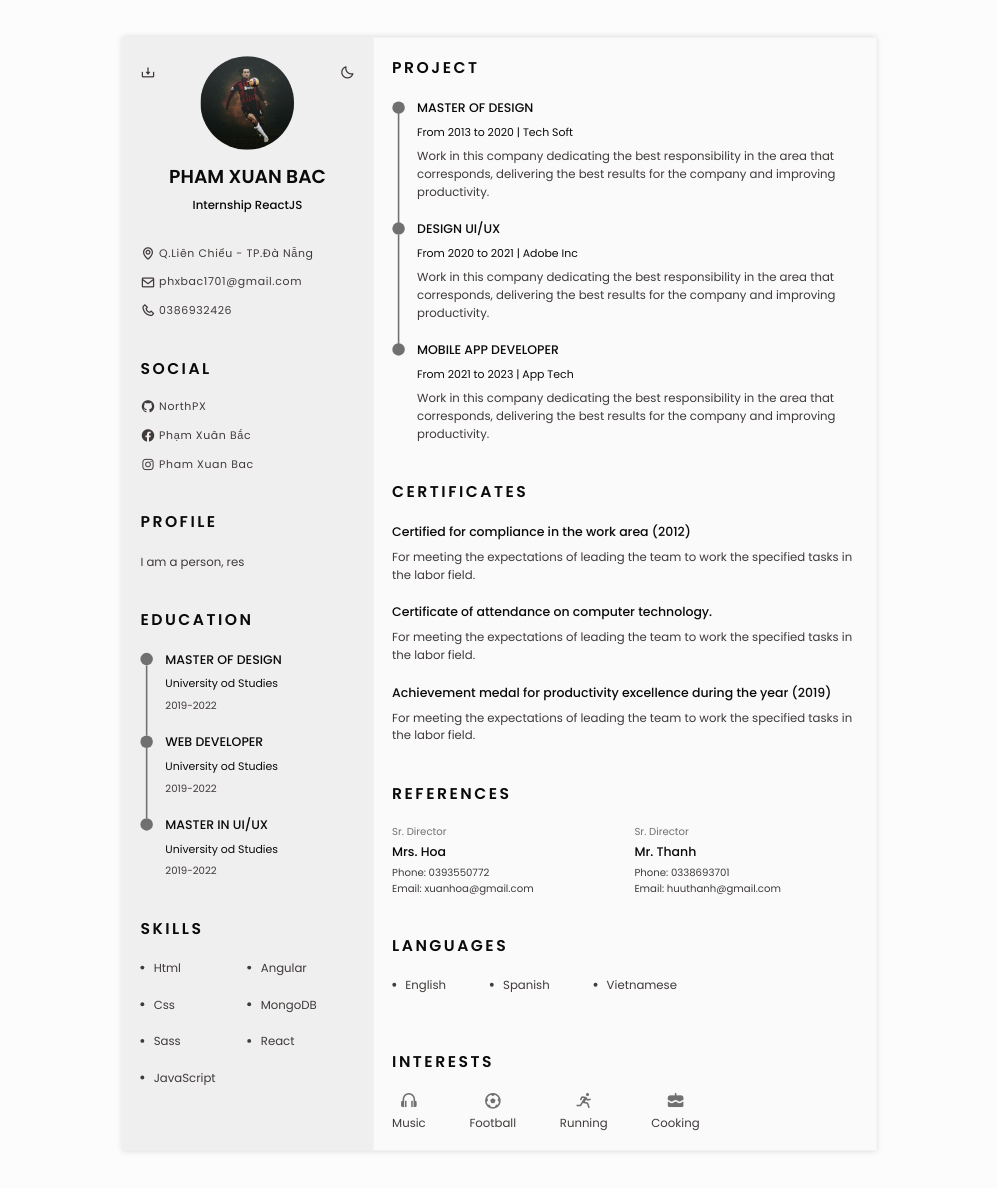
Repository: northpx/myCV
Page: index.html
These files come from the project's save history. The page is drawn as it stood at one moment and after a run of saves; the edit follows.
The browser window is 1280 px wide. The pictures show the whole page, at 78% of full size.

Above is the page before, as saved 2023-02-23 16:25:12.

After the next 2 saves:
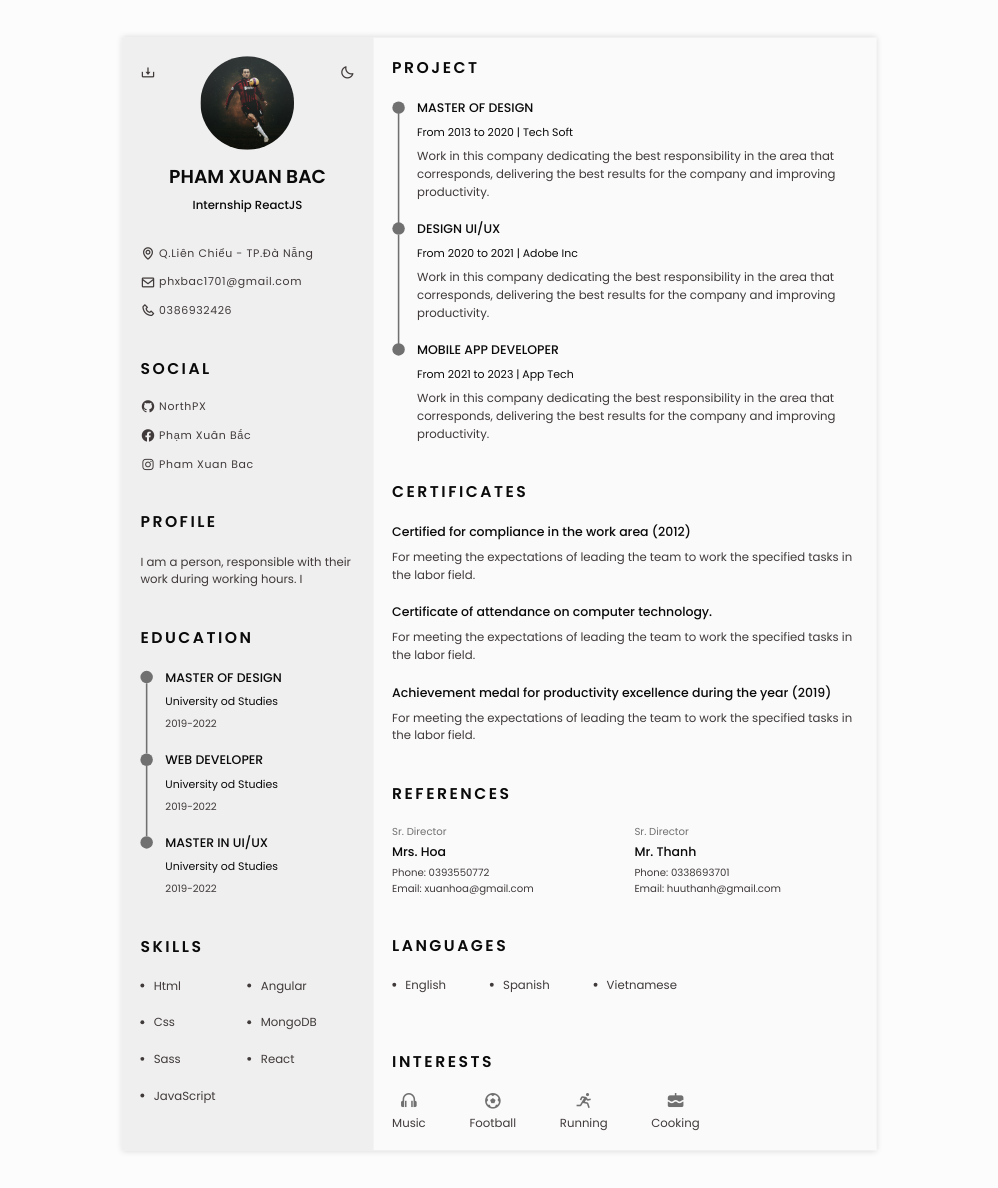
The 2 saves are shown as one change because they came seconds apart.
The last was saved 17 s later.
--- a/index.html
+++ b/index.html
@@ -105,7 +105,7 @@
                 <section class="profile section" id="profile">
                     <h2 class="section-title">Profile</h2>
                     <p class="profile__description">
-                        I am a person, res
+                        I am a person, responsible with their work during working hours. I
                     </p>
                 </section>
 
